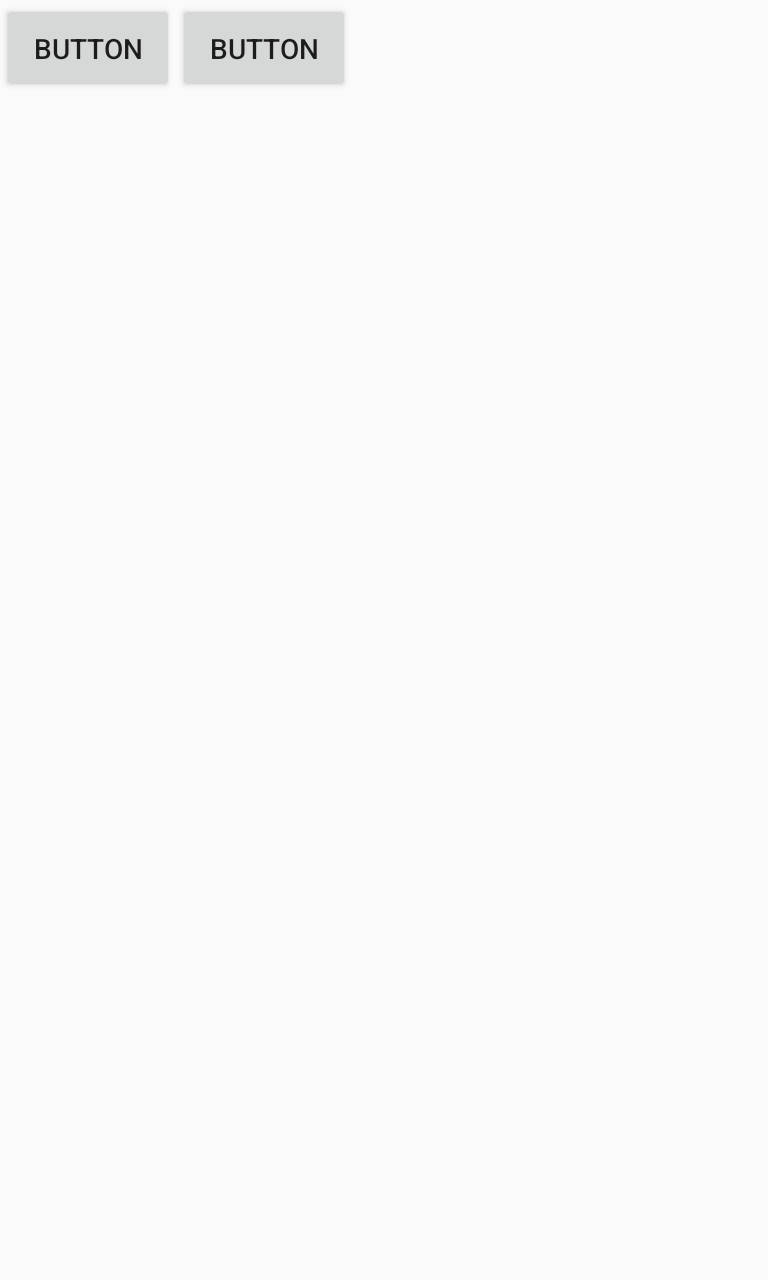
Repository: RibuRoyson/exercise
Layout: Excercise3/res/layout/linear5.xml
The author's editor kept a copy of each file at every save. The layout is drawn from the files as they stood at one save, then again after the next save.
It is drawn on a 768 x 1280 px phone screen (xhdpi) without system bars, with theme AppTheme; the app's code is not run.

Above is the layout before, as saved 2015-02-10 10:05:40.

After the next save:
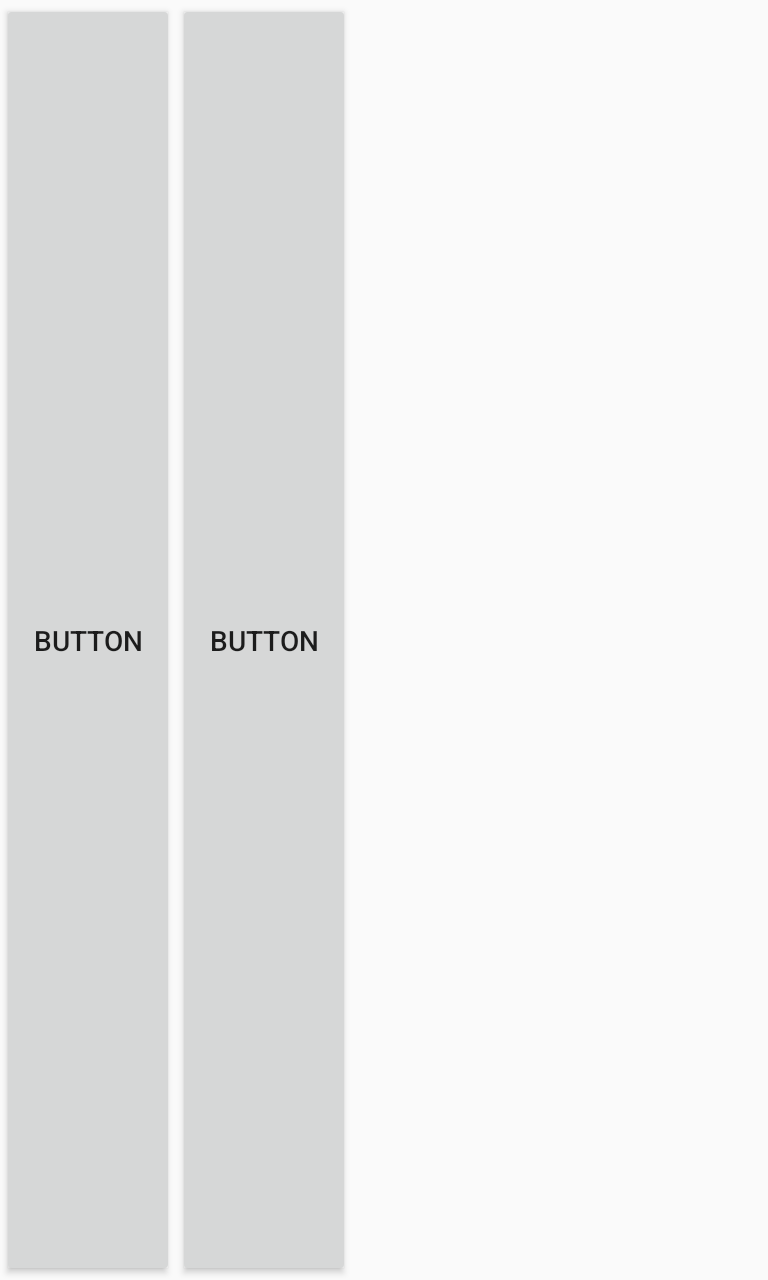
Saved 77 s later.
--- a/Excercise3/res/layout/linear5.xml
+++ b/Excercise3/res/layout/linear5.xml
@@ -2,7 +2,7 @@
 <LinearLayout xmlns:android="http://schemas.android.com/apk/res/android"
     android:layout_width="fill_parent"
     android:layout_height="fill_parent"
-    android:orientation="vertical"
+    android:orientation="horizontal"
    >
 
     <LinearLayout
@@ -14,25 +14,25 @@
         <Button
             android:id="@+id/button3"
             android:layout_width="wrap_content"
-            android:layout_height="wrap_content"
+            android:layout_height="match_parent"
             android:text="Button" />
 
         <Button
             android:id="@+id/button1"
             android:layout_width="wrap_content"
-            android:layout_height="wrap_content"
+            android:layout_height="match_parent"
             android:text="Button" />
 
     </LinearLayout>
      <LinearLayout
         android:layout_width="match_parent"
         android:layout_height="match_parent"
-        android:orientation="horizontal">
+        android:orientation="vertical">
 
          <Button
             android:id="@+id/button4"
             android:layout_width="wrap_content"
-            android:layout_height="wrap_content"
+            android:layout_height="match_parent"
             android:text="Button" />
 
      </LinearLayout>
